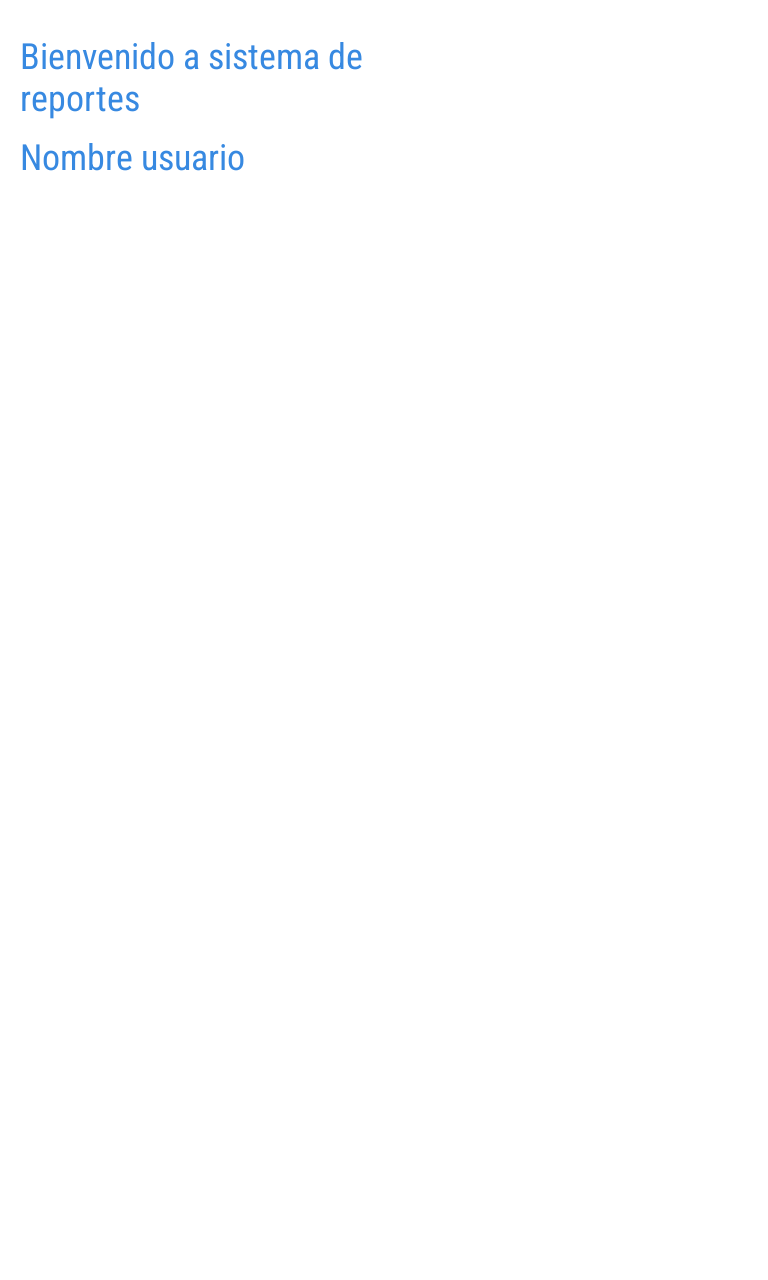
Repository: ramonramirezz/ReportesApp
Layout: Reportes/res/layout/welcome.xml
An editor plug-in stored every save of this project. The layout is shown before and after the next save, followed by the edit.
It is drawn on a 768 x 1280 px phone screen (xhdpi) without system bars, with theme AppTheme; the app's code is not run. The app's manifest (not shown) leaves right-to-left support off. So textAlignment, textDirection and layoutDirection are ignored, and left and right values win over start and end ones.

Above is the layout before, as saved 2015-11-20 23:54:20.

After the next save:
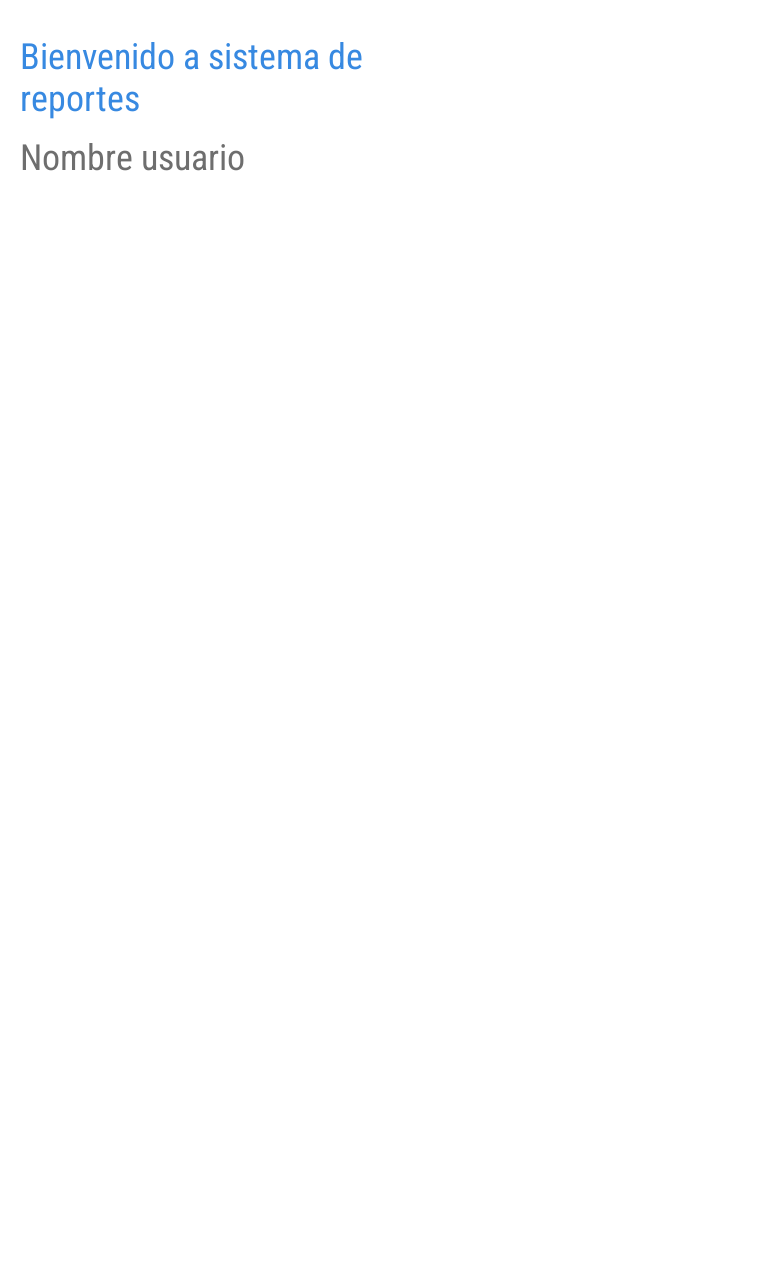
Saved 40 s later.
--- a/Reportes/res/layout/welcome.xml
+++ b/Reportes/res/layout/welcome.xml
@@ -29,7 +29,7 @@
 	    	android:layout_height="wrap_content"
 	    	android:fontFamily="sans-serif-condensed"
 	    	android:text="Nombre usuario"
-	    	android:textColor="#3789E1"
+	    	android:textColor="#6E6E6E"
 	    	android:textSize="18dp"
 	    	android:layout_marginTop="5dp"
 	    />
